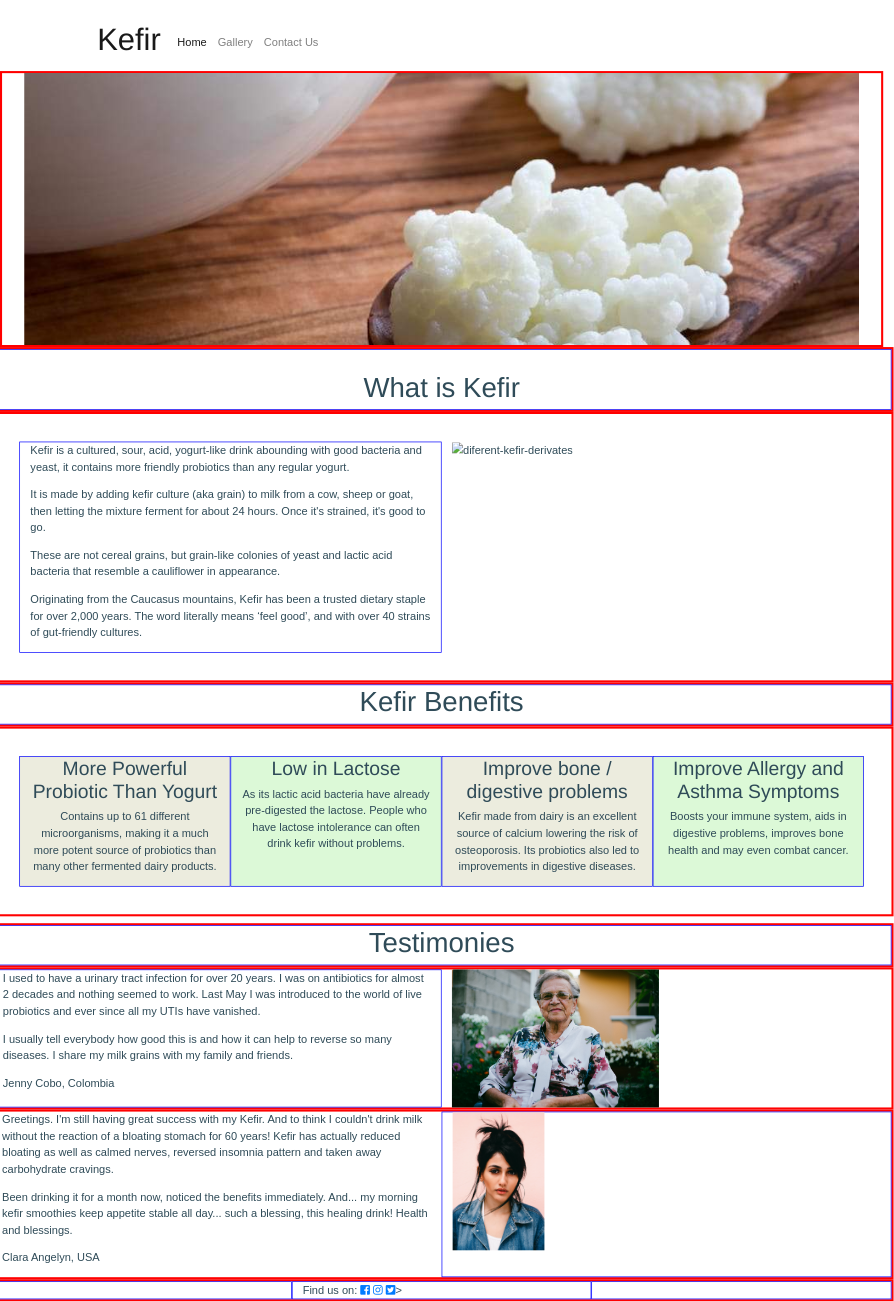
Repository: Code-Institute-Submissions/andna5980-kefir-repo_JuneResub
Page: index.html
These files come from the project's save history. The page is drawn as it stood at one moment and after the next save; the edit follows.
The browser window is 1280 px wide. The page is 1295 px wide, so the pictures cover 1295 px, including what lies to the right of the window. The pictures show the whole page, at 69% of full size.
Some web fonts or font styles are not loaded; a fallback is used. Some web libraries are served in a nearby version.

Above is the page before, as saved 2021-03-01 22:47:43.

### index.html
<!DOCTYPE html>
<html lang="en-US">

<head>
  <meta charset="UTF-8">
  <meta name="viewport" content="width=device-width, initial-scale=1.0">
  <meta name="author" content="Andres Navarrete">
  <meta name="description"
    content="Kefir, meet the power of nature. Bring the right knowledge and the best recipes from mother nature">
  <meta name="keywords" content="Kefir, recipes, natural-products, home-made, organic, healthy">
  <title>KEFIR | MEET THE POWER OF NATURE</title>
  <link rel="stylesheet" href="https://cdn.jsdelivr.net/npm/bootstrap@4.5.3/dist/css/bootstrap.min.css"
    integrity="sha384-TX8t27EcRE3e/ihU7zmQxVncDAy5uIKz4rEkgIXeMed4M0jlfIDPvg6uqKI2xXr2" crossorigin="anonymous">
  <link rel="stylesheet" href="https://use.fontawesome.com/releases/v5.6.3/css/all.css"
    integrity="sha384-UHRtZLI+pbxtHCWp1t77Bi1L4ZtiqrqD80Kn4Z8NTSRyMA2Fd33n5dQ8lWUE00s/" crossorigin="anonymous">
  <link href="./assets/styles/style.css" rel="stylesheet">
</head>

<body>
  <!--------------------Main-Header-------------------------------------->
  <header>
    <nav class="navbar navbar-expand-md navbar-light">
      <a class="navbar-brand" href="#">Kefir</a>
      <button class="navbar-toggler" type="button" data-toggle="collapse" data-target="#navbarNav"
        aria-controls="navbarNav" aria-expanded="false" aria-label="Toggle navigation">
        <span class="navbar-toggler-icon"></span>
      </button>
      <div class="collapse navbar-collapse" id="navbarNav">
        <ul class="navbar-nav">
          <li class="nav-item active">
            <a class="nav-link" href="#">Home <span class="sr-only">(current)</span></a>
          </li>
          <li class="nav-item">
            <a class="nav-link" href="#">Gallery</a>
          </li>
          <li class="nav-item">
            <a class="nav-link" href="#">Contact Us</a>
          </li>

        </ul>
      </div>
    </nav>
  </header>

  <!--------------------Hero-IMAGE--------------------- ----------------->

  <div class="test-red container-hero">
    <div class="hero-image col-12"></div>
  </div>


  <!--------------------What-is-kefir-------------------------------------->

  <section>
    <div class="test-red row">
      <div class="welcome-text test-blue col-12">
        <h1>What is Kefir</h1>
      </div>
    </div>

    <div class="kefir-description test-red row">
      <div class="test-blue col-12 col-sm-6 ">
        <p>Kefir is a cultured, sour, acid, yogurt-like drink abounding with good bacteria and yeast, it contains
          more friendly probiotics than any regular yogurt.</p>
        <p>It is made by adding kefir culture (aka grain) to milk from a cow, sheep or goat, then letting the
          mixture ferment for about 24 hours. Once it's strained, it's good to go.</p>
        <p>These are not cereal grains, but grain-like colonies of yeast and lactic acid bacteria that resemble a
          cauliflower in appearance.</p>
        <p>Originating from the Caucasus mountains, Kefir has been a trusted dietary staple for over 2,000 years.
          The word literally means ‘feel good’, and with over 40 strains of gut-friendly cultures.</p>
      </div>

      <div class="col-12 col-sm-6">
        <img src="" alt="diferent-kefir-derivates" height="200">
      </div>
    </div>

  </section>


  <!--------------------Kefir-benefits-------------------------------------->

  <section class="benefits-title">
    <div class="test-red row ">
      <div class=" test-blue col-12">
        <h1>Kefir Benefits</h1>
      </div>
    </div>

    <div class="test-red row benefits-row">
      <div class="test-blue benefits-box1 col-12 col-sm-6 col-md-3">
        <h3>More Powerful Probiotic Than Yogurt</h3>
        <p>Contains up to 61 different microorganisms, making it a much
          more potent source of probiotics than many other fermented dairy products.
        </p>
      </div>
      <div class="test-blue benefits-box col-12 col-sm-6 col-md-3">
        <h3>Low in Lactose </h3>
        <p>As its lactic
          acid bacteria have already pre-digested the lactose. People who have lactose
          intolerance can often drink kefir without problems.
        </p>

      </div>
      <div class="test-blue benefits-box1 col-12 col-sm-6 col-md-3">
        <h3>Improve bone / digestive problems </h3>
        <p>Kefir made from dairy is an excellent source of calcium lowering the risk of osteoporosis. Its probiotics
          also led to improvements in digestive diseases.
        </p>
      </div>
      <div class="test-blue benefits-box col-12 col-sm-6 col-md-3">
        <h3>Improve Allergy and Asthma Symptoms</h3>
        <p>Boosts your immune system, aids in digestive problems, improves bone health and may even combat cancer.
        </p>
      </div>
    </div>
  </section>

  <!--------------------Testimonies-------------------------------------->

  <section>
    <div class="testimonies-title test-red row">
      <div class=" test-blue col-12">
        <h1>Testimonies</h1>
      </div>
    </div>

    <div class=" test-red row">
      <div class="test-blue col-12 col-sm-6">
        <p>I used to have a urinary tract infection for over 20 years. I was on antibiotics for almost 2 decades and
          nothing seemed to work. Last May I was introduced to the world of live probiotics and ever since all my
          UTIs have vanished.</p>
        <p>I usually tell everybody how good this is and how it can help to reverse so many diseases. I share my
          milk grains with my family and friends.</p>
        <p>Jenny Cobo, Colombia</p>
      </div>

      <div class="col-12 col-sm-6">
        <img src="./assets/images/damir-bosnjak-VQ2L7t5qt_8-unsplash-min.jpg" alt="kefir-products" height="200">
      </div>
    </div>

    <div class="test-red row">

      <div class="col-12 col-sm-6 ">
        <p>Greetings. I'm still having great success with my Kefir. And to think I couldn't drink milk without the
          reaction of a bloating stomach for 60 years! Kefir has actually reduced bloating as well as calmed
          nerves, reversed insomnia pattern and taken away carbohydrate cravings.</p>
        <p> Been drinking it for a month now, noticed the benefits immediately. And... my morning kefir smoothies
          keep appetite stable all day... such a blessing, this healing drink! Health and blessings.</p>
        <p>Clara Angelyn, USA</p>
      </div>

      <div class="test-blue col-12 col-sm-6 col.order-1.order-xs-2">
        <img src="./assets/images/matheus-ferrero-W7b3eDUb_2I-unsplash.jpg" alt="kefir-products" height="200">
      </div>
    </div>
  </section>

</body>

<footer>
  <div class="test-red row">
    <div class="test-blue col-4 "></div>
    <div class="test-blue col-4">
      <span>Find us on:</span>
      <a href="http://facebook.com" target="_blank"><i class="fab fa-facebook-square"></i></a>

      <a href="http://instagram.com" target="_blank"><i class="fab fa-instagram"></i></a>

      <a href="http://twitter.com" target="_blank"><i class="fab fa-twitter-square"></i></a>>
    </div>
    <div class="test-blue col-4"></div>
  </div>
</footer>
<!--
<nav class="navbar fixed-bottom navbar-light bg-light">
  <div class="container-fluid">
    <a class="navbar-brand" href="#">Fixed bottom</a>
  </div>
</nav> -->









<script src="https://code.jquery.com/jquery-3.2.1.slim.min.js"
  integrity="sha384-KJ3o2DKtIkvYIK3UENzmM7KCkRr/rE9/Qpg6aAZGJwFDMVNA/GpGFF93hXpG5KkN" crossorigin="anonymous"></script>
<script src="https://cdnjs.cloudflare.com/ajax/libs/popper.js/1.12.9/umd/popper.min.js"
  integrity="sha384-ApNbgh9B+Y1QKtv3Rn7W3mgPxhU9K/ScQsAP7hUibX39j7fakFPskvXusvfa0b4Q" crossorigin="anonymous"></script>
<script src="https://maxcdn.bootstrapcdn.com/bootstrap/4.0.0/js/bootstrap.min.js"
  integrity="sha384-JZR6Spejh4U02d8jOt6vLEHfe/JQGiRRSQQxSfFWpi1MquVdAyjUar5+76PVCmYl" crossorigin="anonymous"></script>

</html>

### assets/styles/style.css
@import url('https://fonts.googleapis.com/css2?family=Amatic+SC&family=Caveat+Brush&display=swap');

/*.container {
    margin: 15px;
}
*/

body {
    font-family: Arial, Helvetica, sans-serif;
    color: #2F4B58;
    max-width: 1500px;
}

h1, h2, h3 {
    font-family:  Caveat Brush, Helvetica, sans-serif;
    color: #2F4B58;
}


/*----------------------BORDER ROWS AND COLUMNS----------*/

.test-red {
    border: 3px solid red
}

.test-blue {
    border:1px solid blue
}


/*-----------------------Header ----------*/

.navbar-brand {
    float: left;
    color: #2F4B58;
    font-family:  Caveat Brush, Helvetica, sans-serif;
    font-size: 280%;
    margin-left: 10%;
    margin-top: 10px;
}

.navbar-nav {
    float: right;
}

.navbar-nav li a{
    margin-top: 20px;
    color: #2F4B58;
}


.navbar-toggler {
    border: 2px solid #2F4B58;
    color: #2F4B58;
}

/*
.navbar-toggler.icon{

}
*/





.menu a {
    text-decoration: none;
    color: #2F4B58;
}

.menu  {
list-style-type: none;
margin-right: 5%;
margin-top: 30px; /* CHAPUZA  */
word-spacing: 5px;
}

.menu ul {
    float:right;
    margin-left: 10px;
}

.menu li {
    list-style-type: none;
    display: inline-flex;
}


/*-----------------------Hero-image ----------*/

.container-hero {
    height: 400px;
    overflow: hidden;
}

.hero-image {
    height: 400px;
    width: 100%;
    background: url(../images/milk-kefir-grains-spoon_1024x1024.jpg) no-repeat center;
    animation-name: hero-zoom;
    animation-duration: 4s;
    animation-fill-mode: forwards;
}

/*------Animation of the Hero image-------*/

@keyframes hero-zoom {
    from{
        transform: scale(1);
    }
    to{
        transform: scale(1.2);
    }
}

/*-----------------------What-is-kefir-are----------*/

.welcome-text {
    text-align: center;
    margin: 25px, 0;
    padding-top: 30px;
}

.kefir-description{
    padding: 40px;
}




/*-----------------------kefir-benefits-area----------*/

.benefits-title {
    text-align: center;
    margin: 30px, 0;

}

.benefits-row {
    padding: 40px;
    color: #2F4B58;

}

.benefits-box1 {
    background-color: #ECECDE;
}
.benefits-box {
    background-color: #DCF9D7;
}



/*-----------------------testimonies----------*/
.testimonies-title {
    text-align: center;
    margin: 25px, 0;
    margin-top: 10px;
}

After the next save:
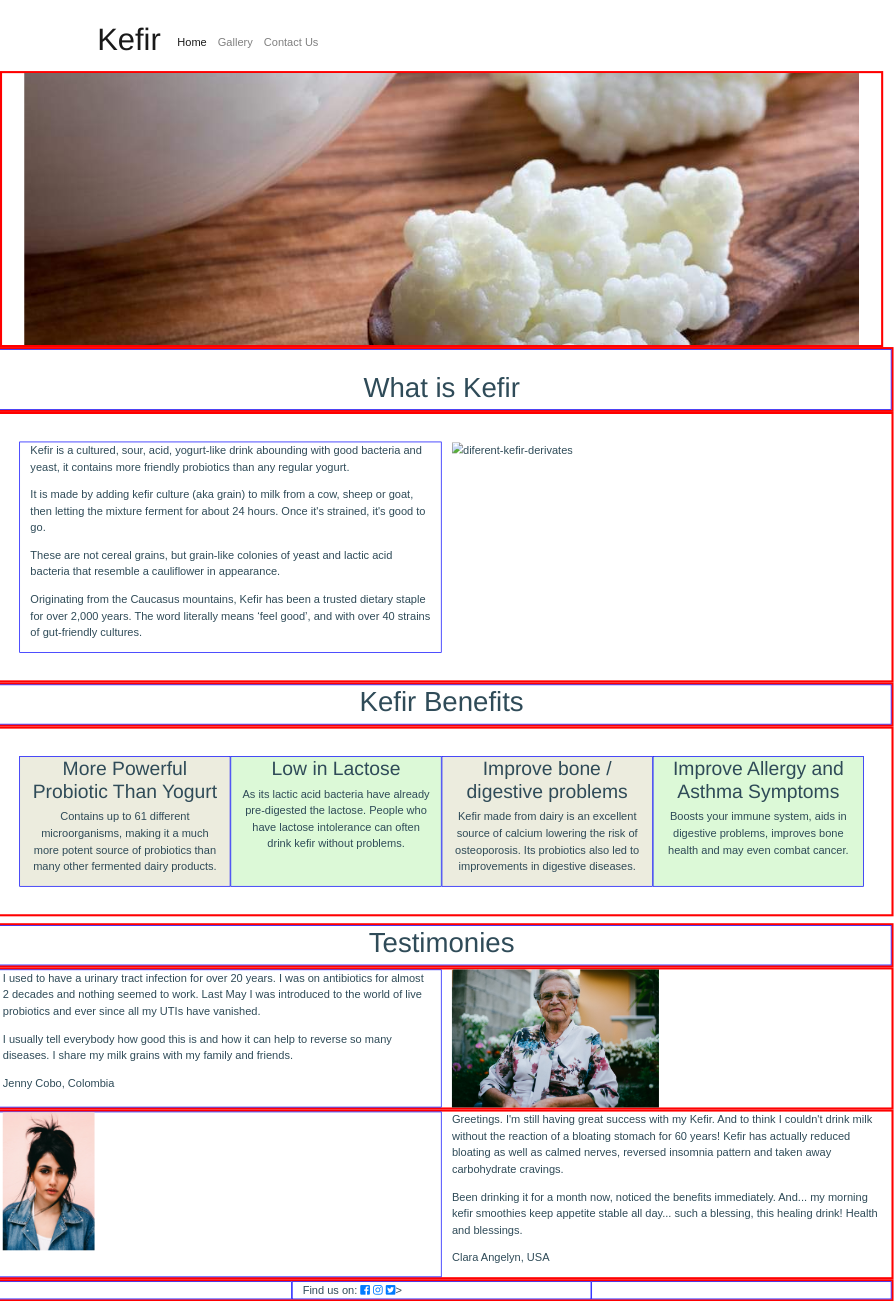
Saved 3 min 10 s later.
--- a/index.html
+++ b/index.html
@@ -140,7 +140,10 @@
       </div>
     </div>
 
-    <div class="test-red row">
+    <div class="test-red row flex-column-reverse flex-sm-row">
+      <div class="test-blue col-12 col-sm-6 col.order-1.order-xs-2">
+        <img src="./assets/images/matheus-ferrero-W7b3eDUb_2I-unsplash.jpg" alt="kefir-products" height="200">
+      </div>
 
       <div class="col-12 col-sm-6 ">
         <p>Greetings. I'm still having great success with my Kefir. And to think I couldn't drink milk without the
@@ -151,9 +154,7 @@
         <p>Clara Angelyn, USA</p>
       </div>
 
-      <div class="test-blue col-12 col-sm-6 col.order-1.order-xs-2">
-        <img src="./assets/images/matheus-ferrero-W7b3eDUb_2I-unsplash.jpg" alt="kefir-products" height="200">
-      </div>
+
     </div>
   </section>
 
